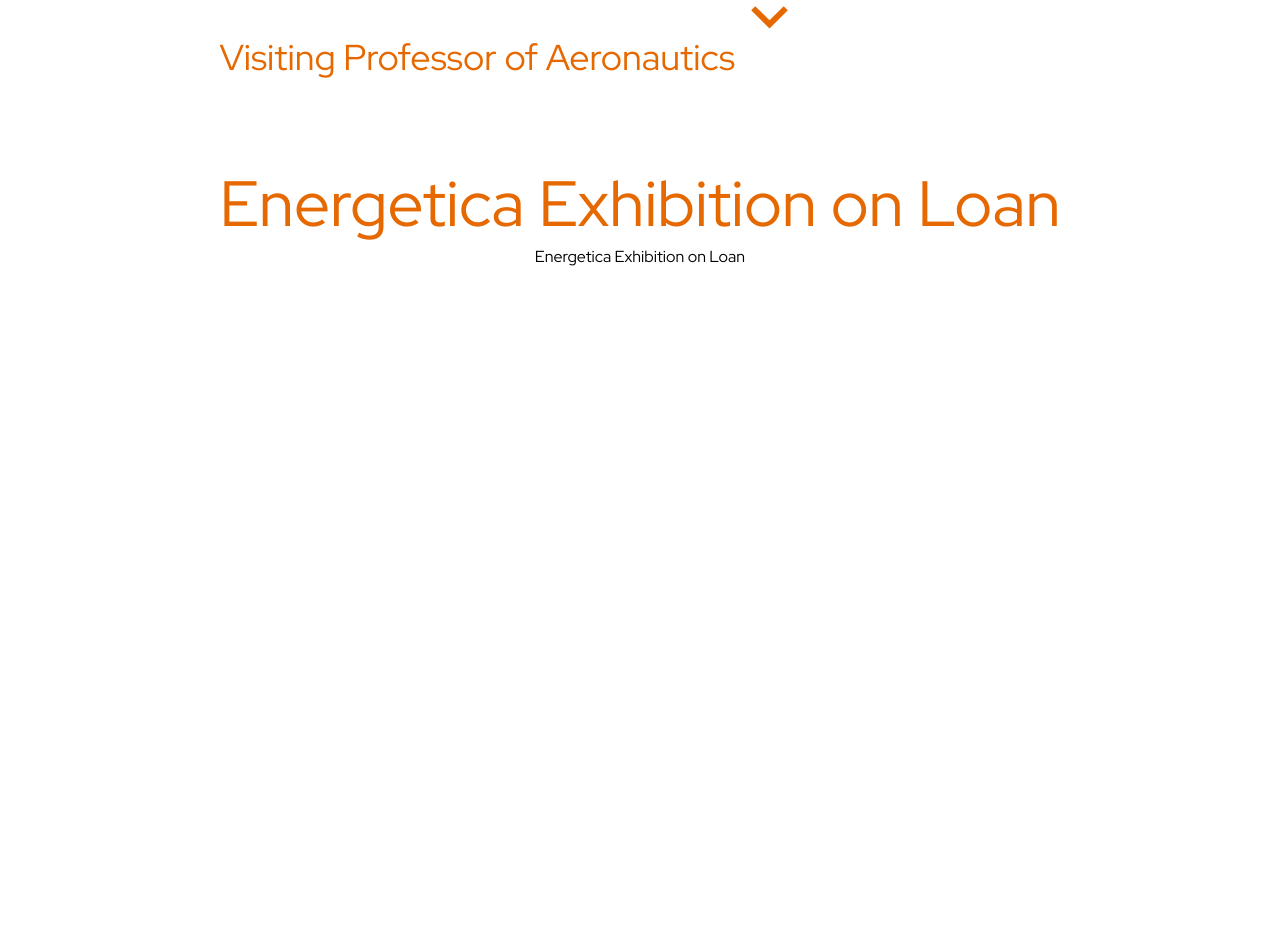
Repository: benjaminskarding/Semester-Project
Page: index.html
An editor plug-in stored every save of this project. The page is shown before and after the next save, followed by the edit.
The browser window is 1280 px wide. The pictures show the part of the page from y = 5374 to 6326 px (the page is 6788 px tall before and 5995 px after).
A picture or video elsewhere on the page could not be fetched, so the positions and the page height are approximate.

Above is the page before, as saved 2023-12-04 12:34:23.

### index.html
<!DOCTYPE html>
<html lang="en">
<head>
    <meta charset="UTF-8">
    <meta name="viewport" content="width=device-width, initial-scale=1.0">
    <link rel="stylesheet" href="/src/css/index.css">
    <link rel="preconnect" href="https://fonts.googleapis.com">
    <link rel="preconnect" href="https://fonts.gstatic.com" crossorigin>
    <link href="https://fonts.googleapis.com/css2?family=Red+Hat+Display:wght@300;400;500;600;700;800&display=swap" rel="stylesheet">
    <title>Document</title>
</head>
<body>
<div class="landing-section">

    <div class="fullscreen-bg-vid">
        <video loop muted autoplay>
            <source src="assets/videos/30001-0863.mp4" type="video/mp4">
        </video>
    </div>

    <header class="header-collection">
        <div class="header-wrapper">
            <nav class="header-main-nav">
                <div class="header-nav-left-placeholder">
                </div>
                <div class="header-nav-center-logo">
                    <a href="index.html" aria-label="Go to homepage">
                        <img class="logo" src="assets/images/logo/whitelogo.svg" alt="company logo">
                    </a>
                </div>
                <div class="header-nav-right">
                    <label for="menuToggle" class="menu-button" aria-label="Open Menu"> <!--toggles overlay-->
                        <span class="white">MENU</span>
                        <img src="assets/images/icons/helix.svg" class="menuIcon" alt="navigation menu icon">
                    </label>
                </div>
            </nav>
        </div>

        <!--Hamburger overlay-->
        <input type="checkbox" id="menuToggle" class="menu-toggle-checkbox" style="display: none;">
        <div class="hamburger-overlay-homepage" id="menuOverlay" aria-label="Menu overlay">

            <div class="overlay-header">
                <h3 class="medium">Menu</h3>
                <label for="menuToggle" class="overlay-close-btn" aria-label="Close menu">&times;</label>
            </div>

            <div class="overlayOptionsContainer">
                <a href="index.html">
                  <h5 class="menu-item">Home</h5>
                </a>
                <a href="exhibitions.html">
                  <h5 class="menu-item">Exhibitions</h5>
              </a>
                <a href="special_events.html">
                  <h5 class="menu-item">Special Events</h5>
              </a>
                <a href="contribute.html">
                  <h5 class="menu-item">Contribute to the Museum</h5>
              </a>
                <a href="contact.html">
                  <h5 class="menu-item">Contact</h5>
              </a>
                <a href="terms_conditions.html">
                  <h5 class="menu-item">Terms & Conditions</h5>
              </a>
                <a href="privacy_policy.html">
                  <h5 class="menu-item">Privacy Policy</h5>
              </a>
            </div>
            <div class="overlayLogoContainer">
                <img src="assets/images/logo/whitelogo.svg" class="overlayLogo" alt="company logo in hamburger overlay">
            </div>
        </div>
    </header>


    <div class="hero-text">
        <h1><a href=#>CURRENT EXHIBITIONS</a></h1>
        <div class="hero-text-bottom">
            <div class="title">
                <h2 class="specEvent"><a href=#>SPECIAL EVENTS</a></h2>
            </div>
            <div class="additional-links">
                <div class="link-with-line">
                    <a href="contact.html" class="hero-small-link">CONTACT</a>
                    <div class="line"></div>
                </div>
                <div class="link-with-line">
                    <a href="#" class="hero-small-link-two">CONTRIBUTE TO THE MUSEUM</a>
                    <div class="line"></div>
                </div>
            </div>
        </div>
    </div>
</div>
    <div class="title-bar">
        <h3 class="medium">Visit</h3>
    </div>

    <div class="main-grid">
        <div class="left-column">
            <div class="column-text-content">
                <h4 class="medium orange">Admission</h4>
                <h6>The entrance is free for all.</h6>
                <p>There are guided tours of the museum that leave every hour.</p>
                <p>These tours are 70 NOK per person and include a handy printed guide of the museum.</p>
                <p>If you would like to organise a guided tour for your group of 6 or more people, please contact us to arrange the tour.</p>
                <p class="orange bold">Accessibility</p>
                <p>The museum has wheelchair accessibility ramps.</p>
                <p>It also has audio guides and braille display signs for the visually impaired.</p>
            </div>
        </div>
        <div class="center-column">
            <div class="column-text-content">
                <p class="orange bold">Shop</p>
                <p>Our shop offers a range of memorabilia from the museum as well as great gifts and activity packs that allow you to continue to explore science even after you’ve left the museum.</p>
                <p class="orange bold">Food and Drink</p>
                <p>There is a café attached to the museum where you can get light lunches, soft drinks, coffee, snacks and more.</p>
            </div>
        </div>
        <div class="right-sidebar">
            <div class="sidebarSection">
                <h5>Our Location</h5>
                <hr>
                <p>Tromsø Science Museum</p>
                <p>123 Northern Lights Avenue</p>
                <p>Tromsø, Norway</p>
            </div>
            <div class="sidebarSection">
                <h5>Opening Hours</h5>
                <hr>
                <p>Monday: Closed</p>
                <p>Tuesday: 10:00 – 16:00</p>
                <p>Wednesday: 10:00 – 16:00</p>
                <p>Thursday: 10:00 – 16:00</p>
                <p>Friday: 10:00 – 19:00</p>
                <p>Saturday: 9:00 – 16:00</p>
                <p class="lastpar">Sunday: 9:00 – 13:00</p>
            </div>
        </div>

        <div class="image">
            <img src="assets/images/x/cube.jpg">
        </div>
        <div class="mid-right-column">
            <div class="right-column-text-content">
                <h2 class="orange">Explore Together</h2>
                <p class="semibold">Come join us at the Tromsø Science Museum where we’re committed to making science accessible to all.</p>
                <p>Over the course of human history, science has developed from our early understanding of fire, wind, water, and earth to exploring everything from galaxies far away to the very building blocks of life itself.</p>
                <p>The aim of our museum is to create a space where everyone can experience the wonders of our discoveries and perhaps even ignite a lifelong passion to continue the exploration of the world around us.</p>
                <p>We believe science should not be confined to the textbook, but brought to live through exhibits. This is why we have over 1000 different exhibits on the many varied subjects of science to explore.</p>
                <p>Many of these exhibits are designed for you to interact with and play around to see science come to life (apart from the dinosaur exhibits – they only come to life at night when everyone’s gone home).</p>
            </div>
        </div>
    </div>

    <div class="mid-bar"></div>

    <div class="grid2">
        <div class="teach-col">
            <div class="column-text-content">
                <h4 class="medium orange">For Teachers</h4>
                <p class="semibold">As a community-driven museum, we want to work with schools to create places of learning and exploring.</p>
                <p>Our team are on hand to give your students guided tours of the museum, teach them in our learning laboratory, and provide great video presentations that will excite and inspire them.</p>
                <p>Please get in touch with us here to find out more about our facilities and to arrange a time to bring your students through for a visit.</p>
            </div>
        </div>

        <div class="low-mid-right-column">
            <div class="right-column-text-content">
                <h4 class="medium orange">For Kids</h4>
                <p class="semibold">Are you a young person looking to learn more about science? Come on down to our museum, there’s plenty to see and do.</p>
                <p>You can learn about Newtonian physics from our bumper swing, or why not travel back in time and meet our resident Woolly Mammoth? Our exhibits are designed to be accessible for interested minds, so make sure you come ready to learn and explore.</p>
                <p>We also have the Young Stars club which meets once a week on a Saturday between 10:00 and 13:00 where you’ll get to explore and experiment with our team of experts.</p>
                <p class="lastpar">During the school holidays we run special holiday clubs where you can join other children your age to go on a journey of discovery. Each holiday we pick a new theme to explore. To find out more about the holiday club and how you can join, send us a message.</p>
                <h4 class="medium orange">Researchers</h4>
                <p class="semibold">Are you looking to get involved with our team of researchers and academics?</p>
                <p>Our museum offers various ways for you to use our resources and contribute towards them. We have online records, laboratory space, and a working relationship with a number of universities around the country.</p>
            </div>
        </div>

        <div class="left-sidebar">
            <div class="sidebarSection">
                <h5>Special Events</h5>
                <hr>
                <p>Visiting Professor of Aeronautics</p>
                <p>Night in the Museum</p>
                <p>Energetica Exhibition on Loan</p>
            </div>
            <div class="sidebarSection">
                <h5>Current Exhibitions</h5>
                <hr>
                <p>Cosmology</p>
                <p>Evolution</p>
                <p>Biology & Medicine</p>
                <p>Ecology</p>
                <p>Robotics & AI</p>
            </div>
        </div>
    </div>

    <div class="title-bar title-bar-right">
        <h3 class="medium">Exhibitions</h3>
    </div>


    <div class="grid3">
        <div class="imageCarousel image">
            <img src="assets/images/x/spaceman.jpg">
        </div>
        <div class="carouselDescription">
            <div class="column-text-content">
                <h5 class="orange">Discover the Cosmos</h5>
                <p class="semibold">Embark on a celestial journey at the Tromsø Science Museum's space exhibit.</p>
                <p>Dive into the history of space exploration, from the earliest dreams of flying to the moon, to the latest discoveries in the vast expanse of our universe.</p>
            </div>
        </div>
        <div class="exhibText">
            <div class="right-column-text-content">
                <h4 class="medium orange">Engage, Learn and Interact</h4>
                <p class="semibold">The Tromsø Science Museum is not just a building; it's a celebration of human curiosity and the relentless pursuit of knowledge.</p>
                <p>As a beacon of discovery, our exhibitions are thoughtfully designed to inspire awe, stimulate intellect, and provoke conversation.</p>
                <p>From the enigmatic depths of outer space to the microscopic intricacies of biology, each exhibit serves as a window to the vast and varied tapestry of the universe.</p>
                <a href="#" class="exhibButton medium">Tour All Exhibitions</a>
            </div>
        </div>
    </div>

    <div class="title-bar">
        <h3 class="medium">Contribute</h3>
    </div>

    <div class="grid4">
        <div class="suppMuseum">
            <div class="column-text-content">
                <h4 class="medium orange">Support the Museum</h4>
                <p class="semibold">Tromsø Science Museum is not just a space, it's a vibrant hub for exploration and learning, a testament to the power of community involvement.</p>
                <p>While our contributions page provides detailed ways you can join in our efforts, here we invite you to consider the unique impact that your support can create.</p>
            </div>
            <div class="navStuff">
                <div class="buttonWrapper">
                    <a href="#" class="navButtonSmall medium">Internship</a>
                    <img src="assets/images/icons/longArrow.svg" alt="Right Arrow" class="arrowIcon">
                </div>
                <div class="buttonWrapper">
                    <a href="#" class="navButtonSmall medium">Make a Gift</a>
                    <img src="assets/images/icons/longArrow.svg" alt="Right Arrow" class="arrowIcon">
                </div>
                <div class="buttonWrapper">
                    <a href="#" class="navButtonSmall medium">Volunteer</a>
                    <img src="assets/images/icons/longArrow.svg" alt="Right Arrow" class="arrowIcon">
                </div>
                <div class="buttonWrapper">
                    <a href="#" class="navButtonSmall medium">Donate</a>
                    <img src="assets/images/icons/longArrow.svg" alt="Right Arrow" class="arrowIcon">
                </div>
            </div>
        </div>

        <div class="supportImage image">
            <img src="assets/images/x/supp.jpg">
        </div>
    </div>

    <div class="title-bar-center">
        <h3 class="medium">Special Events</h3>
    </div>

    <div class="specEvents">
        <div class="specContent">
            <div class="specSection">
                <h5 class="orange regular">Visiting Professor of Aeronautics</h5>
                <img src="assets/images/icons/arrow-down-s-line.svg" class="arrow" alt="expand">
            </div>
            <div class="specSection">
                <h2 class="orange regular">Energetica Exhibition on Loan</h2>
            </div>
            <a href="#EnergeticaExhibition" id="EnergeticaExhibition">
                Energetica Exhibition on Loan
                <!-- Inline SVG for the arrow -->
                <svg class="arrow" xmlns="http://www.w3.org/2000/svg" viewBox="0 0 24 24">
                    <!-- SVG path for arrow goes here -->
                    <path d="Your SVG Path Here" />
                </svg>
            </a>
            <div class="details">
                Information about the Energetica Exhibition.
            </div>
        </div>
    </div>

    <footer id=desktop-footer class="footer">
        <div class="footer-container">
              <!--footer left side-->
            <div class="footer-left-container">
              <a href="index.html"  aria-label="Back to homepage">
                <img src="assets/images/logo/whitelogo.svg" class="footer-logo" alt="company logo in footer">
              </a>
            </div>
            <!--footer center-->
            <div class="footer-center-container">
              <div class="footer-column-1">
                <p class="footer-titles">Exhibitions</p>
                <p class="footer-titles">Special Events</p>
              </div>
              <div class="footer-column-2">
                <p class="footer-titles">Opening Hours</p>
                <p class="footer-titles">Where to find us</p>
              </div>
              <div class="footer-column-3">
                <p class="footer-titles">Contribute to the Museum</p>
                <p class="footer-titles">Contact</p>
              </div>
              <div class="footer-column-4">
                <p class="footer-titles">Terms & Conditions</p>
                <p class="footer-titles">Privacy Policy</p>
              </div>
            </div>

            <div class="footer-right-container-placeholder"></div>
        </div>
      </footer>

</body>
</html>

### src/css/common.css
body, html {
    height: 100%;
    margin: 0;
}

a {
    text-decoration: none;
    cursor: pointer;
    color: inherit;
}

input:focus,
textarea:focus,
select:focus,
button:focus {
outline: none;
}

/* common header, landing page has specific */

.header-collection {
    background-color: var(--color-secondary);
    height: 200px;
}

.header-wrapper {
    margin-left: 3rem;
    margin-right: 3rem;
}

.logo {
    margin-top: 1.5rem;
}


.header-main-nav {
    display: flex;
    justify-content: space-between;
    align-items: center;
    width: 100%;
}



.header-nav-left-placeholder {
    flex: 1;
    display: flex;
    align-items: center;
}

.header-nav-left a {
    display: flex;
    justify-content: flex-start;
    align-items: center;
}

.header-nav-center-logo {
    flex: 0;
}

.header-nav-right {
    flex: 1;
    display: flex;
    justify-content: flex-end;
    font-size: 1.25rem;
    font-weight: var(--font-weight-medium);
}

/* Footer */

.footer{
    background-color: var(--color-secondary);
    height: 200px;
    display: flex;
    margin-top: 0rem;
}

.footer-container {
    display: flex;
    align-items: center;
    justify-content: space-between;
    margin-left: 3rem;
    margin-right: 3rem;
    width: 100%;
}

.footer-left-container {
    flex: 1;
}


.footer-center-container {
    display: flex;
    justify-content: center;
    align-items: center;
    flex: 2;
    gap: 2rem;
}

.footer-right-container-placeholder {
    flex: 1;
}

.footer-logo {
    height: 100px;
}

.footer-titles {
    display: flex;
    margin-bottom: 2rem;
    margin-top: 2rem;
    color: white;
}




/* Main content */

.top-bar {
    display: flex;
    align-items: center;
    background-color: #E66800;
    width: 100%;
    height: 80px;
}

.top-bar h3 {
    margin-left: 3rem;
}

.sidebar {
    display: flex;
    flex-direction: column;
    align-items: center;
    position: relative;
    background-color: #E66800;
    height: 100%;
}

/* Hamburger overlay */

.hamburger-overlay {
    position: absolute;
    top: 0;
    right: 0;
    bottom: 0;
    left: 0;
    background-color: transparent;
    z-index: 1000;
    visibility: hidden;
    transform: translateX(100%);
    transition: transform 0.3s, visibility 0.3s;
    display: flex;
    flex-direction: column;
    justify-content: flex-start;
}


.menu-button { /* toggles overlay--> */
    display: flex;
    align-items: center;
    cursor: pointer;
}

.menu-toggle-checkbox:checked ~ .sidebar .hamburger-overlay {
    visibility: visible;
    transform: translateX(0);
}

.overlay-header {
    display: flex;
    flex-direction: row;
    justify-content: space-between;
    align-items: center;
    text-align: center;
    margin-left: 1rem;
}

.hamburger-overlay:target {
    visibility: visible;
    opacity: 1;
}

.overlayOptionsContainer {
    flex-direction: column;
    height: 100%;
}

.menu-item {
    display: flex;
    justify-content: space-between;
    align-items: center;
    margin: 0 1rem;
    margin-top: 2rem;
    color: white;
}

.overlayTitle {
    display: flex;
    align-items: center;
    justify-content: flex-start;
    color: var(--color-primary);
    margin-bottom: 10px;
    margin-left: 1rem;
}

.overlayLogoContainer {
    display: flex;
    justify-content: center;
    margin-bottom: 2rem;
    margin-top: 1rem;
}

.overlayLogo {
    width: 50%;
    max-width: 300px;
}

.overlay-close-btn {
    padding-top: 10px;
    margin-right: 3rem;
    color: white;
    font-size: 2rem;
    background: none;
    border: none;
    cursor: pointer;
}

### src/css/_reset.css
*, *:before, *:after {
    box-sizing: inherit;
  }

  body {
    box-sizing: border-box;
    min-height: 100vh;
    margin: 0;
  }

### src/css/_variables.css
:root{
    --color-primary: white;
    --color-secondary: #E66800;

    --font-primary: 'Red Hat Display', sans-serif;
    --font-size: 16px;
    --font-weight-regular: 400;
    --font-weight-medium: 500;
    --font-weight-semibold: 600;
    --font-weight-bold: 700;
}

.medium {
    font-weight: 500
}

.regular {
    font-weight: 400;
}

.semibold {
    font-weight: 600;
}

strong, .bold {
    font-weight: var(--font-weight-bold)
}

body {
    font-family: var(--font-primary)
}

.white {
    color:white;
}

.orange {
    color: var(--color-secondary)
}

.lastpar {
    margin-bottom: 2rem;
}

.nowrap {
    white-space: nowrap;
}

p {
    font-size: 1.125rem;
}

h1,h2,h3,h4 {
    color: var(--color-primary)
}

h1,h2,h3,h4,h5,h6,p {
    font-family: var(--font-primary);
    margin: 0;
    padding: 0;
}

h1 {
    font-size: 6rem; /* 96px */
}

h2 {
    font-size: 4rem; /* 64px */
    font-weight: var(--font-weight-medium);
}

h3 {
    font-size: 3.625rem;  /* 58px */
}

h4 {
    font-size: 3rem; /* 48px*/
}

h5 {
    font-size: 2.25rem; /*36px*/
    font-weight: var(--font-weight-medium)
}

h6 {
    font-size: 1.375rem; /*22px*/
    font-weight: var(--font-weight-medium);
}

Loaded but not shown: src/css/index.css (382 lines, source omitted)

After the next save:
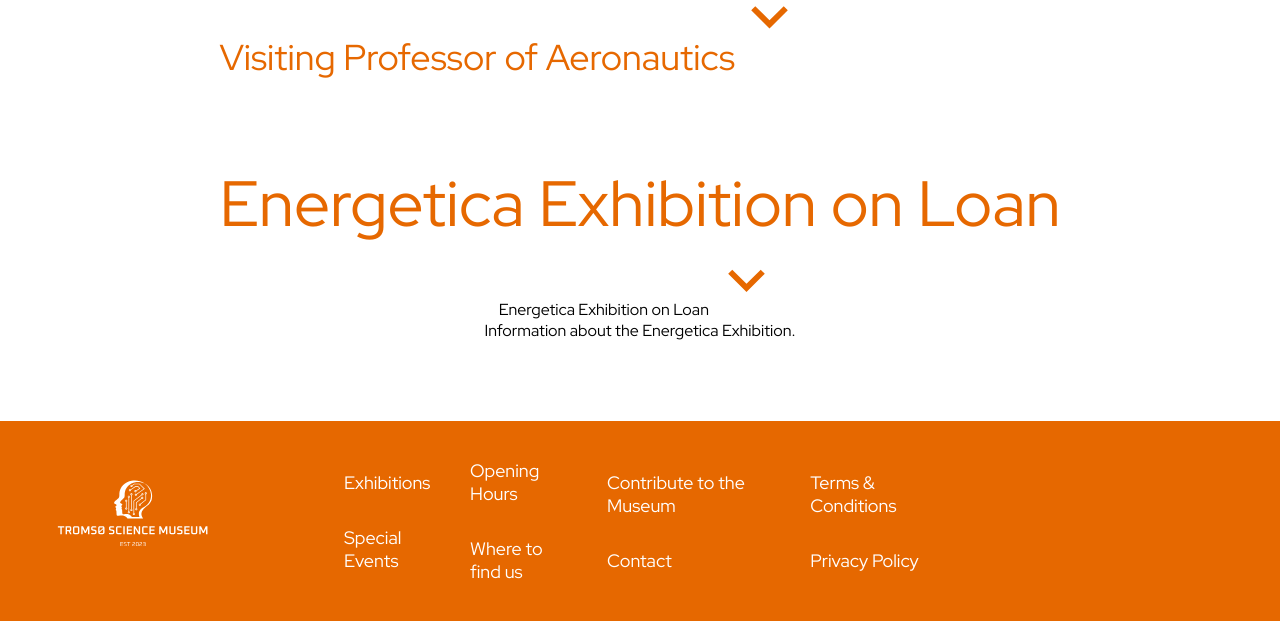
Saved 32 s later.
--- a/index.html
+++ b/index.html
@@ -280,7 +280,7 @@
             <a href="#EnergeticaExhibition" id="EnergeticaExhibition">
                 Energetica Exhibition on Loan
                 <!-- Inline SVG for the arrow -->
-                <svg class="arrow" xmlns="http://www.w3.org/2000/svg" viewBox="0 0 24 24">
+                <img src="assets/images/icons/arrow-down-s-line.svg" class="arrow" xmlns="http://www.w3.org/2000/svg" viewBox="0 0 24 24">
                     <!-- SVG path for arrow goes here -->
                     <path d="Your SVG Path Here" />
                 </svg>
